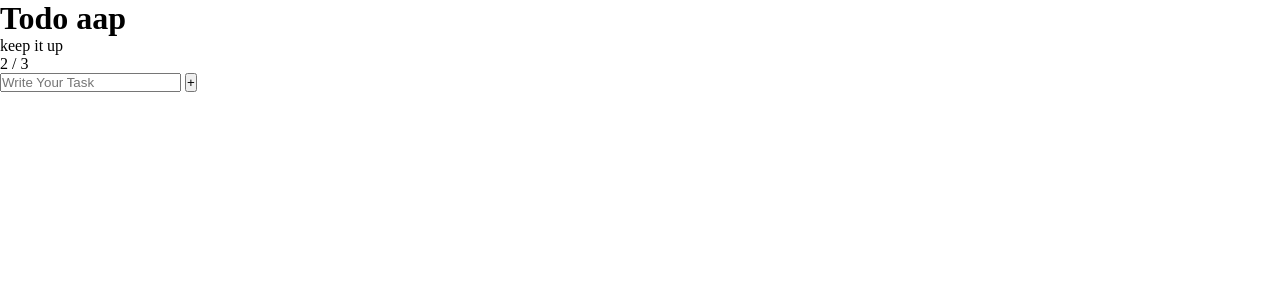
Repository: rajkapoor763-arch/first-work
Page: index.html
These files come from the project's save history. The page is drawn as it stood at one moment and after the next save; the edit follows.
The browser window is 1280 px wide. The pictures show the whole page.

Above is the page before, as saved 2025-09-15 20:50:19.

### index.html
<!DOCTYPE html>
<html lang="en">
<head>
    <meta charset="UTF-8">
    <meta name="viewport" content="width=device-width, initial-scale=1.0">
    <title>TO DO LIST</title>
    <link rel="stylesheet" href="style.css">
</head>
<body>
    <div class="container">
        <div class="stats-container">
            <div class="details">
                <h1>Todo aap</h1>
                <p>keep it up</p>
                <div id="progressbar">
                    <div id="progress"></div>


                </div>

            </div>

         <div class="stats-number">
            <p id="numbers">2 / 3</p>
        </div>
    </div>
    <form action="">
        <input type="text" placeholder="Write Your Task">
        <button type="submit">+</button>
    </form>
    <ul class="task-list"></ul>
</div>
<script src="app.js"></script>

</body>
</html>

### style.css
*{
    margin:0;
    padding:0;
    box-sizing:border-box;
}






:root{
    --background:#000430;
    --secondarybackground:#171c48;
    --text:#fff;
    --purple:#828dff;
    --teal:#24feee;
}

Loaded but not shown: app.js (no copy from this time; the picture is the same without it)

After the next save:
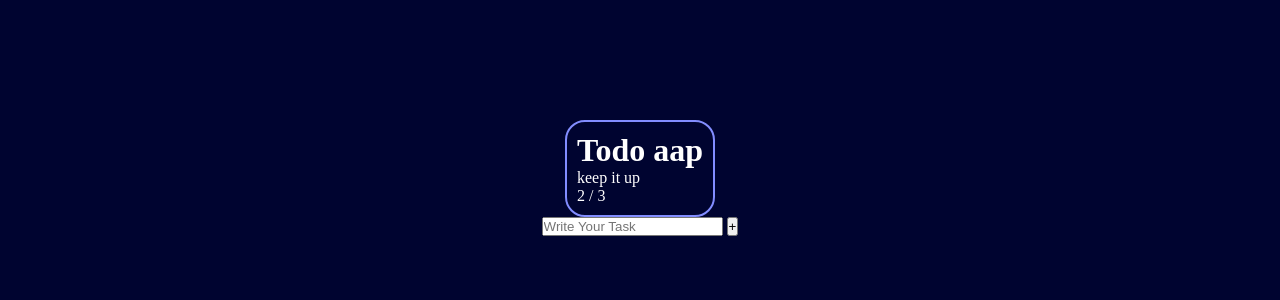
Saved 6 min 8 s later.
--- a/style.css
+++ b/style.css
@@ -3,12 +3,6 @@
     padding:0;
     box-sizing:border-box;
 }
-
-
-
-
-
-
 :root{
     --background:#000430;
     --secondarybackground:#171c48;
@@ -16,3 +10,20 @@
     --purple:#828dff;
     --teal:#24feee;
 }
+body{
+    background-color:var(--background);
+    color:var(--text);
+}
+.container{
+    display:flex;
+    flex-direction:column;
+    align-items:center;
+    justify-content:center;
+    margin-top:120px;
+}
+.stats-container{
+    padding:10px;
+    border-radius:20px;
+    border:2px solid var(--purple);
+
+}
